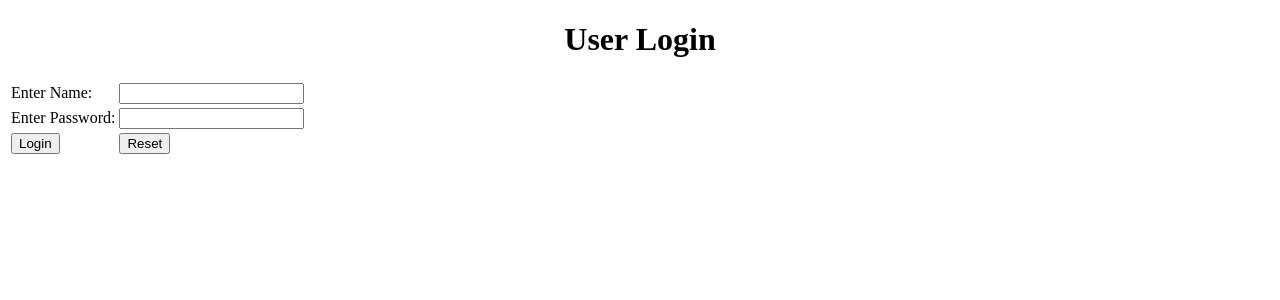
Repository: Rajkumar-Gunasekaran/Amazon-prime
Page: http://localhost/login/login.jsp
An editor plug-in stored every save of this project. The page is shown before and after the next save, followed by the edit.
The browser window is 1280 px wide. The pictures show the whole page.
The page is served by Tomcat 9. Other server files are loaded and not shown.

Above is the page before, as saved 2024-01-26 13:24:52.

### fun/login/src/main/webapp/login.jsp
<%@ page language="java" contentType="text/html; charset=UTF-8"
    pageEncoding="UTF-8"%>
<!DOCTYPE html>
<html>
<head>
<meta charset="UTF-8">
<title>Login</title>
</head>
<body>
<div align = center>
<h1>User Login</h1>
</div>
<form action = LoginServlet method = post>
<table>
<tr><td>Enter Name:</td><td><input type = text name = txtName></td></tr>
<tr><td>Enter Password:</td><td><input type = password name = txtPwd></td></tr>
<tr><td><input type = submit value = Login></td><td><input type = reset></td></tr>
</table>
</form>
</body>
</html>

After the next save:
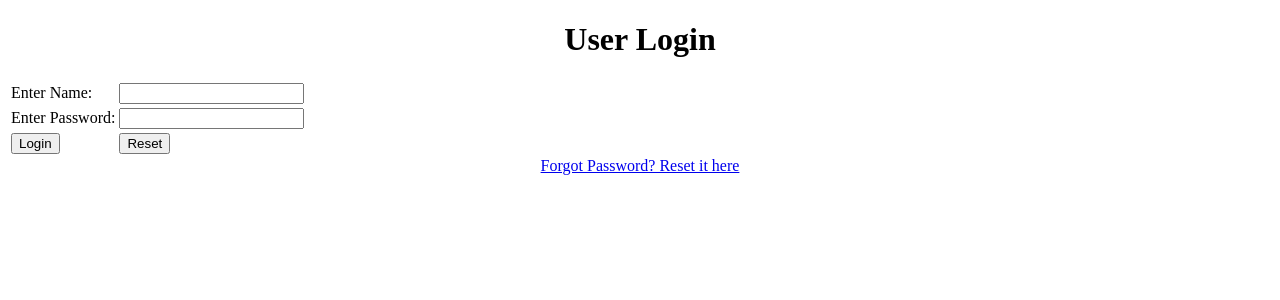
Saved 33 min 31 s later.
--- a/fun/login/src/main/webapp/login.jsp
+++ b/fun/login/src/main/webapp/login.jsp
@@ -1,21 +1,36 @@
-<%@ page language="java" contentType="text/html; charset=UTF-8"
-    pageEncoding="UTF-8"%>
+<%@ page language="java" contentType="text/html; charset=UTF-8" pageEncoding="UTF-8"%>
 <!DOCTYPE html>
-<html>
+<html lang="en">
 <head>
-<meta charset="UTF-8">
-<title>Login</title>
+   <meta charset="UTF-8">
+   <meta name="viewport" content="width=device-width, initial-scale=1.0">
+   <title>Login</title>
 </head>
 <body>
-<div align = center>
-<h1>User Login</h1>
-</div>
-<form action = LoginServlet method = post>
-<table>
-<tr><td>Enter Name:</td><td><input type = text name = txtName></td></tr>
-<tr><td>Enter Password:</td><td><input type = password name = txtPwd></td></tr>
-<tr><td><input type = submit value = Login></td><td><input type = reset></td></tr>
-</table>
-</form>
+   <div align="center">
+      <h1>User Login</h1>
+   </div>
+   <form action="LoginServlet" method="post">
+      <!-- Your existing login form fields go here -->
+      <table>
+         <tr>
+            <td>Enter Name:</td>
+            <td><input type="text" name="txtName"></td>
+         </tr>
+         <tr>
+            <td>Enter Password:</td>
+            <td><input type="password" name="txtPwd"></td>
+         </tr>
+         <tr>
+            <td><input type="submit" value="Login"></td>
+            <td><input type="reset"></td>
+         </tr>
+      </table>
+   </form>
+
+   <!-- Add a link to navigate to reset password page -->
+   <div align="center">
+      <a href="resetPassword.jsp">Forgot Password? Reset it here</a>
+   </div>
 </body>
 </html>
